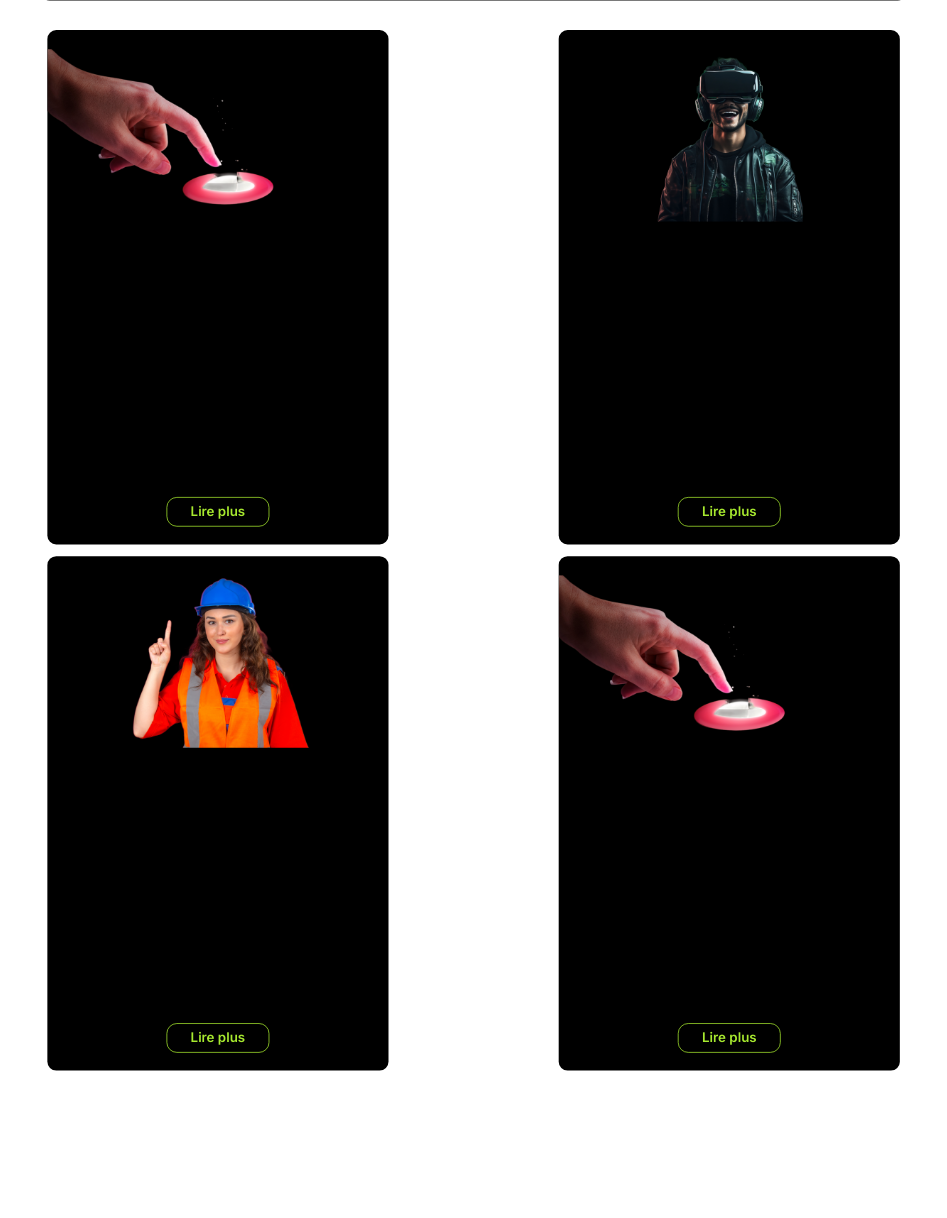
Repository: NassimeElkamari/test
Page: /blogs
An editor plug-in stored every save of this project. The page is shown before and after the next save, followed by the edit.
The browser window is 1280 px wide. The pictures show the part of the page from y = 652 to 2298 px (the page is 2298 px tall), at 74% of full size.
The project was rebuilt for these pictures with package versions that can differ from the ones it lists, and the page was loaded fresh each time. The framework's server and built-in components were replaced by stand-ins that run in the browser. Also part of the build but not shown: next.config.mjs.

Above is the page before, as saved 2024-06-12 15:43:29.

After the next save:
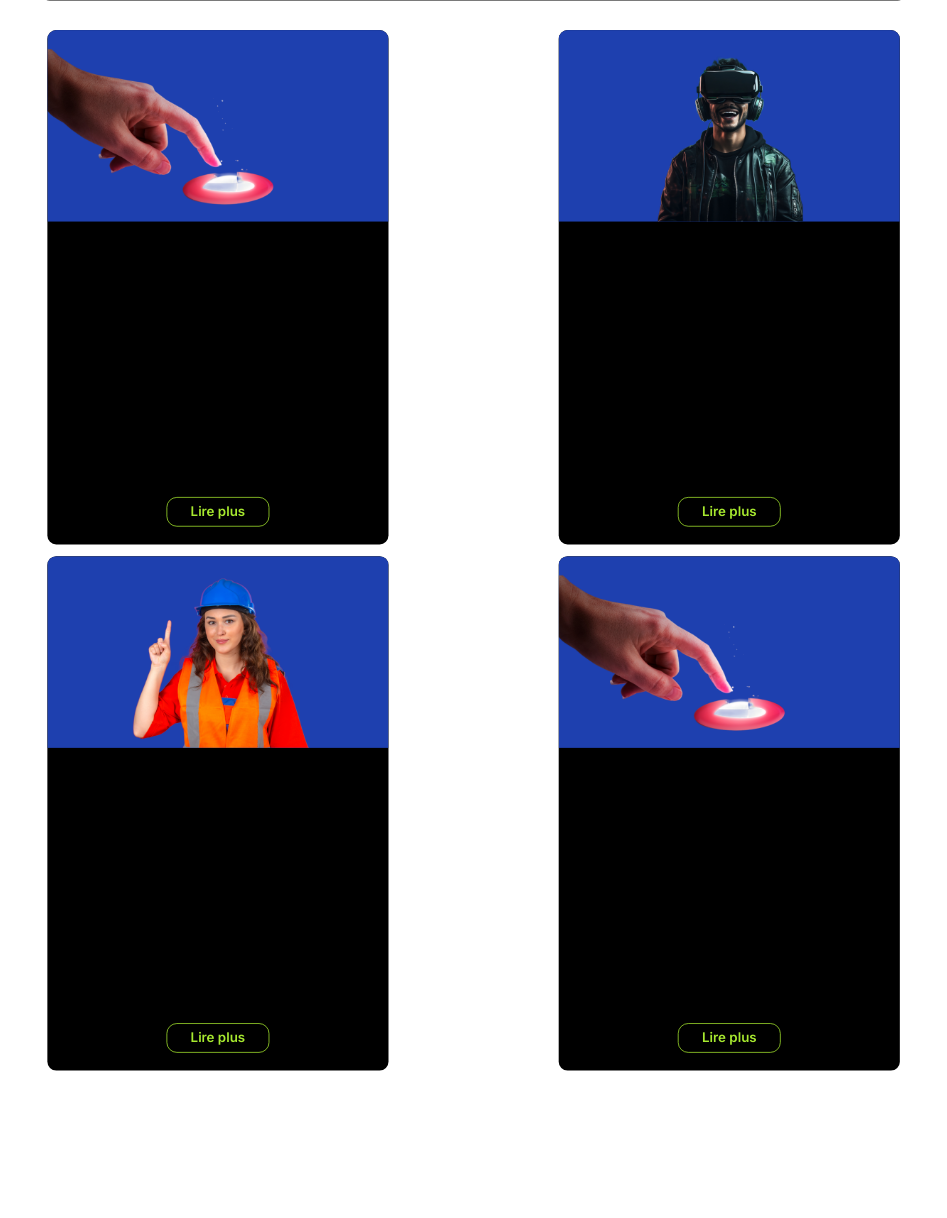
Saved 5 s later.
--- a/src/components/BlogCard.tsx
+++ b/src/components/BlogCard.tsx
@@ -3,7 +3,7 @@
 import { MdDateRange } from "react-icons/md";
 
 
-const BlogCard = ({ imageSrc, title, description, date , color}) => {
+const BlogCard = ({ imageSrc, title, description, date ,}) => {
   return (
     <div className='w-[40%] h-[50%] bg-black rounded-xl flex flex-col'>
     <div className="w-[100%] h-2/5 relative">
@@ -13,7 +13,7 @@
         height={100}
         width={100}
         alt="Card Image"
-        className={`w-full h-full rounded-t-xl bg-['']`} // Add color class dynamically
+        className="w-full h-full rounded-t-xl bg-blue-800"
         />
     </div>
     <div className="pt-14 flex justify-center items-center flex-col px-5">

After the save that followed:
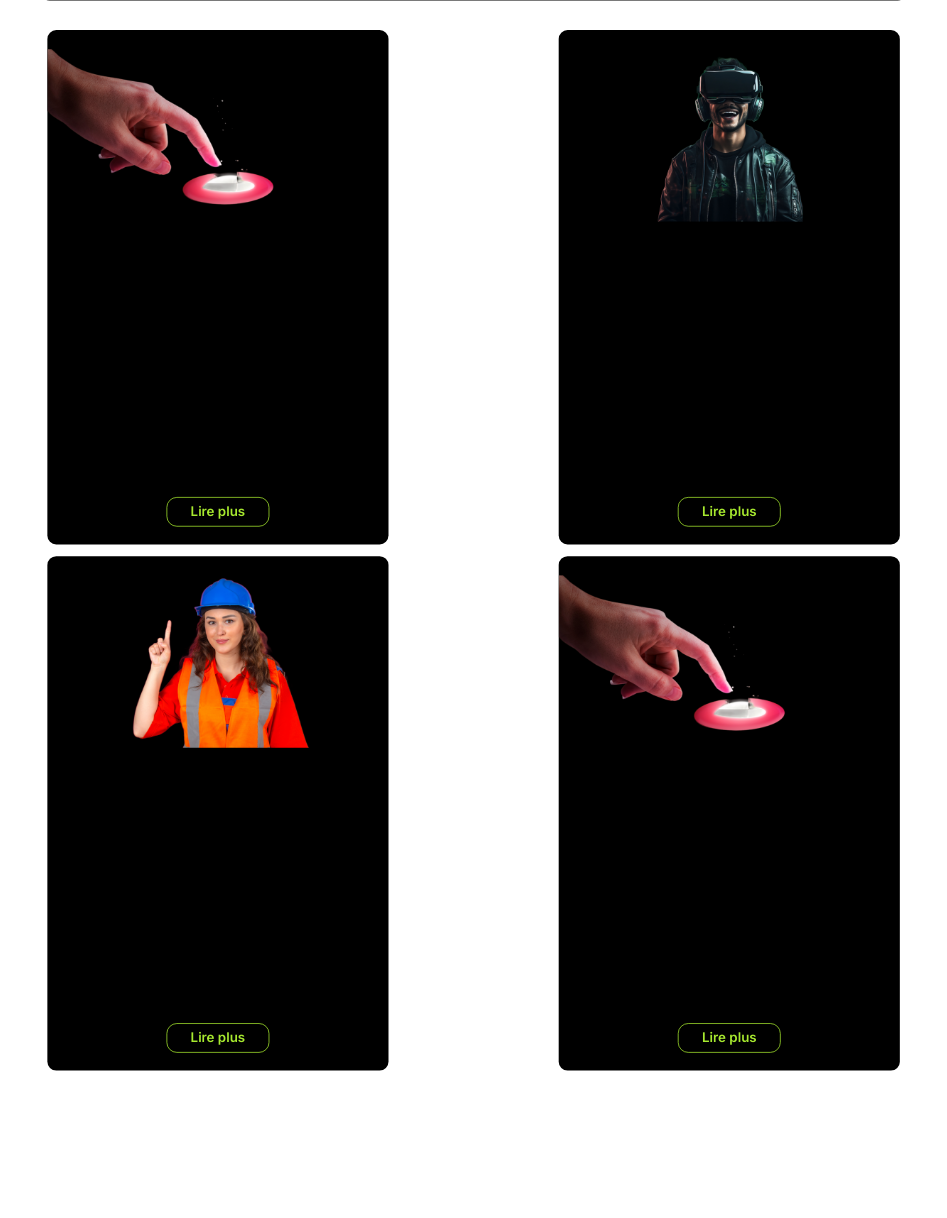
Saved 6 s later.
--- a/src/components/BlogCard.tsx
+++ b/src/components/BlogCard.tsx
@@ -3,7 +3,7 @@
 import { MdDateRange } from "react-icons/md";
 
 
-const BlogCard = ({ imageSrc, title, description, date ,}) => {
+const BlogCard = ({ imageSrc, title, description, date , color}) => {
   return (
     <div className='w-[40%] h-[50%] bg-black rounded-xl flex flex-col'>
     <div className="w-[100%] h-2/5 relative">
@@ -13,7 +13,7 @@
         height={100}
         width={100}
         alt="Card Image"
-        className="w-full h-full rounded-t-xl bg-blue-800"
+        className={`w-full h-full rounded-t-xl bg-[${color}]`} // Add color class dynamically
         />
     </div>
     <div className="pt-14 flex justify-center items-center flex-col px-5">
